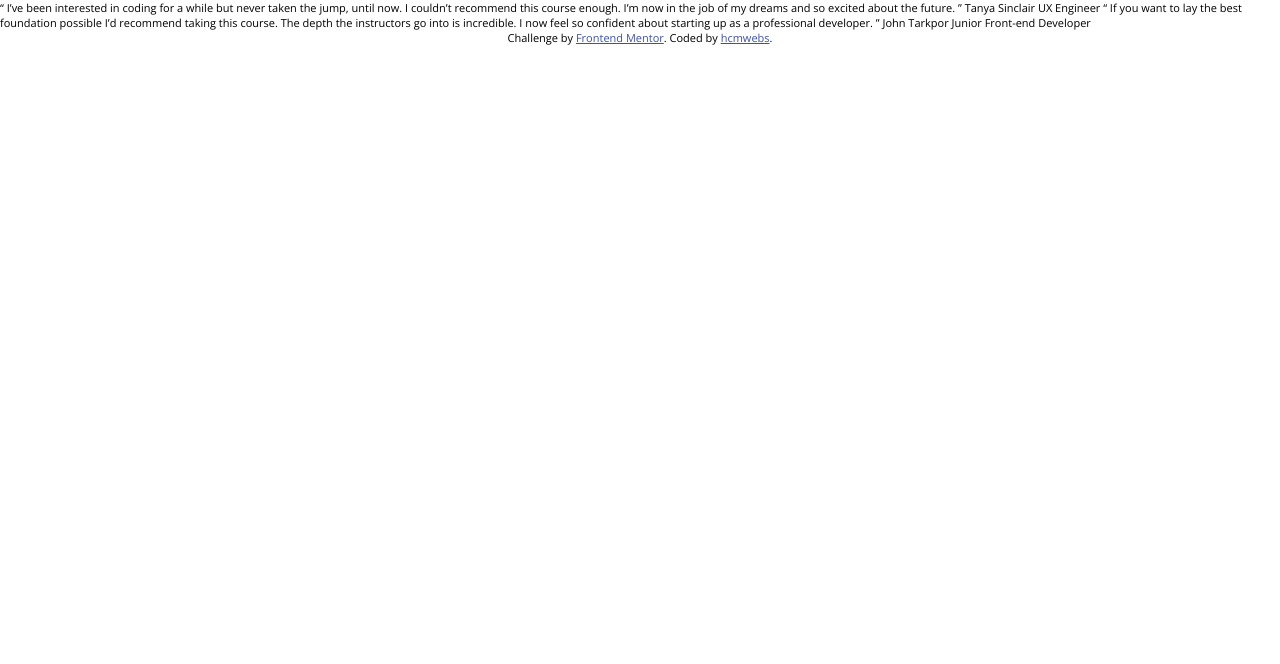
Repository: Hcmwebs/Coding-Bootcamp-Testimonials
Page: index.html
The author's editor kept a copy of each file at every save. The page is drawn from the files as they stood at one save, then again after a run of saves.
The browser window is 1280 px wide. The pictures show the whole page.
The style sheet was rebuilt from its Sass, Less or Tailwind sources for each picture, by a compiler version that may differ from the author's.

Above is the page before, as saved 2020-10-29 08:03:12.

### index.html
<!DOCTYPE html>
<html lang="en">
  <head>
    <meta charset="UTF-8" />
    <meta name="viewport" content="width=device-width, initial-scale=1.0" />
    <!-- displays site properly based on user's device -->

    <link
      rel="icon"
      type="image/png"
      sizes="32x32"
      href="./images/favicon-32x32.png"
    />
    <link rel="stylesheet" href="css/main.css" />
    <title>Frontend Mentor | Coding Bootcamp Testimonials Slider</title>

    <!-- Feel free to remove these styles or customise in your own stylesheet 👍 -->
    <style>
      .attribution {
        font-size: 11px;
        text-align: center;
      }
      .attribution a {
        color: hsl(228, 45%, 44%);
      }
    </style>
  </head>
  <body>
    “ I’ve been interested in coding for a while but never taken the jump, until
    now. I couldn’t recommend this course enough. I’m now in the job of my
    dreams and so excited about the future. ” Tanya Sinclair UX Engineer “ If
    you want to lay the best foundation possible I’d recommend taking this
    course. The depth the instructors go into is incredible. I now feel so
    confident about starting up as a professional developer. ” John Tarkpor
    Junior Front-end Developer

    <div class="attribution">
      Challenge by
      <a href="https://www.frontendmentor.io?ref=challenge" target="_blank"
        >Frontend Mentor</a
      >. Coded by <a href="https://github.com/Hcmwebs">hcmwebs</a>.
    </div>
    <script src="main.js"></script>
  </body>
</html>

### scss/main.scss
@use 'variables';

*{
  margin: 0;
  padding: 0;
  box-sizing: border-box;
}
body{
  font-family: 'Open Sans',sans-serif;
  font-size: 11px;
  font-weight: 300;

}

### scss/_variables.scss
 @import url('https://fonts.googleapis.com/css2?family=Open+Sans:wght@400;600&display=swap');

Loaded but not shown: main.js (no stored copy; drawn as an empty file)

After the next 3 saves:
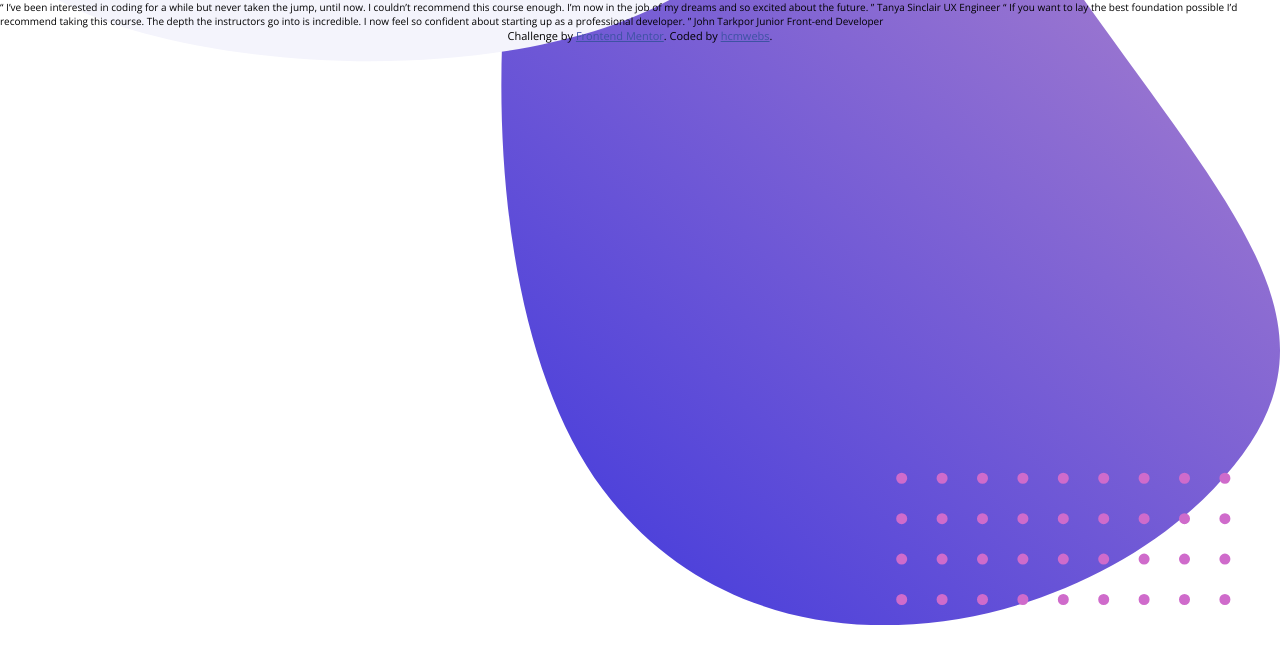
The 3 saves are shown as one change because 2 did not build or start.
The last was saved 5 h 19 min later.
--- a/scss/main.scss
+++ b/scss/main.scss
@@ -7,7 +7,12 @@
 }
 body{
   font-family: 'Open Sans',sans-serif;
-  font-size: 11px;
+  font-size: 10px;
   font-weight: 300;
+  background-image: url(/images/pattern-bg.svg);
+  background-position: center;
+  background-size:cover;
+  background-repeat: no-repeat;
+
 
 }
